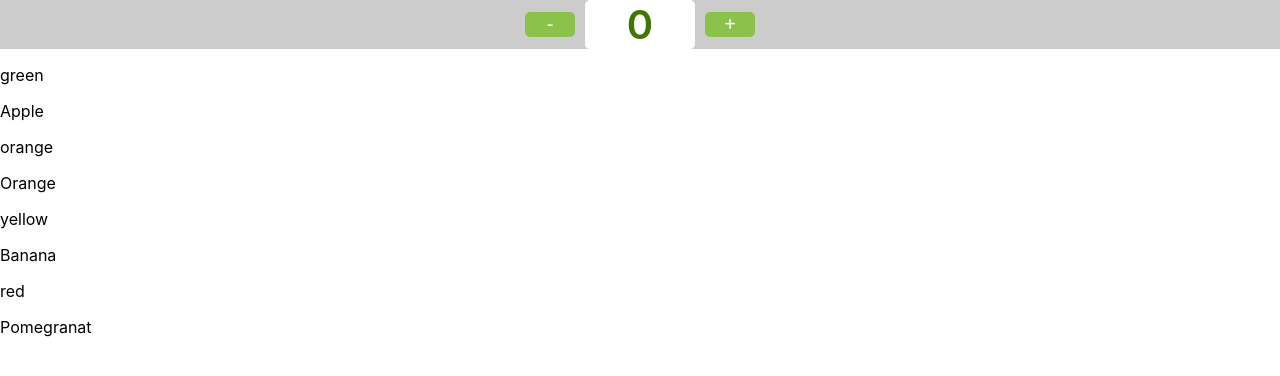
Repository: tatevkalashyan/homwork5-counter
Page: /
These files come from the project's save history. The page is drawn as it stood at one moment and after a run of saves; the edit follows.
The browser window is 1280 px wide. The pictures show the whole page.
The project was rebuilt for these pictures with package versions that can differ from the ones it lists, and the page was loaded fresh each time.

Above is the page before, as saved 2020-11-24 17:55:09.

### src/App.js
// import logo from './logo.svg';
// import './App.css';

import { Fragment } from 'react';
import Calc from './Calc/Calc'
import List from './List'

function App() {
  const colors = ['green', 'orange', 'yellow', 'red']
  return (
    <Fragment>
        <Calc />
        <List colors={colors} />
    </Fragment>


  );
}

export default App;

### src/Calc/Calc.js
import React, {Component} from 'react';
import './calc.css';

class  Calc extends Component {
    constructor () {
        super()
        this.handelClickPlus = this.handelClickPlus.bind(this)
        this.handelClickMin = this.handelClickMin.bind(this)
    }

    state= {
        count:0,
    }

     handelClickPlus () {
         this.setState({
             count: this.state.count+1
         })
    }

    handelClickMin () {
        this.setState({
            count: this.state.count-1
        })
   }

    render () {
        return (
            <div className="counter">
                <button onClick={this.handelClickMin}>-</button>
                <div className="number">{this.state.count}</div>
                <button onClick={this.handelClickPlus}>+</button>
            </div>
        )
    }
};


 export default Calc;

### src/List.js
import React, { Component } from "react";

class List extends Component {
  constructor(props) {
    super();

    this.state = {
      value: ["Apple", "Orange", "Banana", "Pomegranat"],
    //   colors: ['green', 'orange', 'yellow', 'red'],
    };
  }

  render() {
    return (
      <div>
          {console.log(this.props)}
        {this.state.value.map((fruit, key) => {
          return (
            <div key={key}>
                <p>{this.props.colors[key]}</p>
                <p>{fruit}</p>
              {/* {`${this.state.colors[key]} ${fruit}`} */}
            </div>
          );
        })}
      </div>
    );
  }
}

export default List;

### src/Calc/calc.css
.counter {
    display: flex;
    width: 100%;
    justify-content: center;
    /* height: 100vh; */
    align-items: center;
    background-color: #ccc;
}
.counter button{
    margin: 0 10px;
    width: 50px;
    height: 25px;
    background-color: #8BC34A;;
    color: white;
    font-size: 20px;
    border: 0;
    border-radius: 5px;
    outline: none;
    position: relative;
}
.number {
    font-size: 40px;
    color: rgb(64 119 0);
    min-width: 100px;
    text-align: center;
    font-weight: 600;
    background-color: #ffffff;
    border-radius: 5px;
    padding: 0 5px;
}
.counter button.disabled{
     visibility: hidden;
  }

Loaded but not shown: public/index.html (common file); src/index.js (common file); src/index.css (common file); src/reportWebVitals.js (common file)

After the next 2 saves:
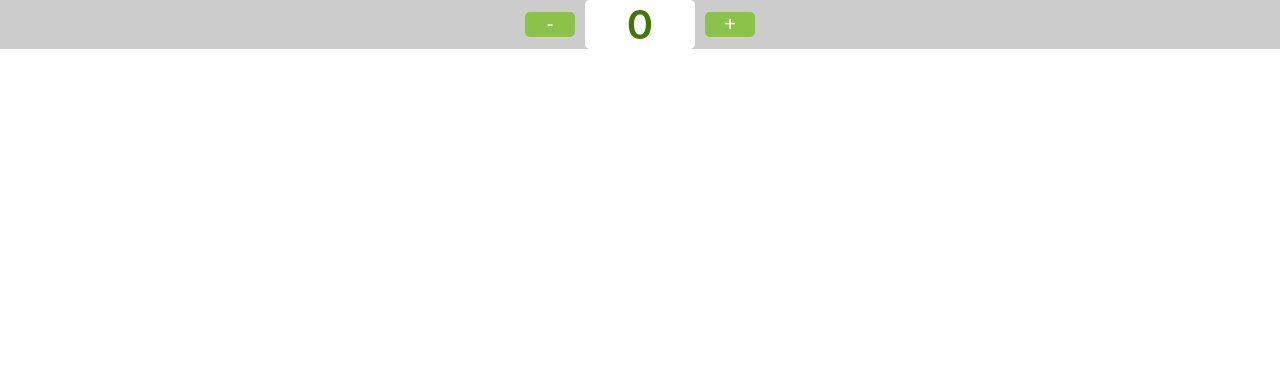
The 2 saves are shown as one change because they came seconds apart.
The last was saved 67 s later.
--- a/src/App.js
+++ b/src/App.js
@@ -3,14 +3,14 @@
 
 import { Fragment } from 'react';
 import Calc from './Calc/Calc'
-import List from './List'
+// import List from './List'
 
 function App() {
   const colors = ['green', 'orange', 'yellow', 'red']
   return (
     <Fragment>
         <Calc />
-        <List colors={colors} />
+        {/* <List colors={colors} /> */}
     </Fragment>
 
 
